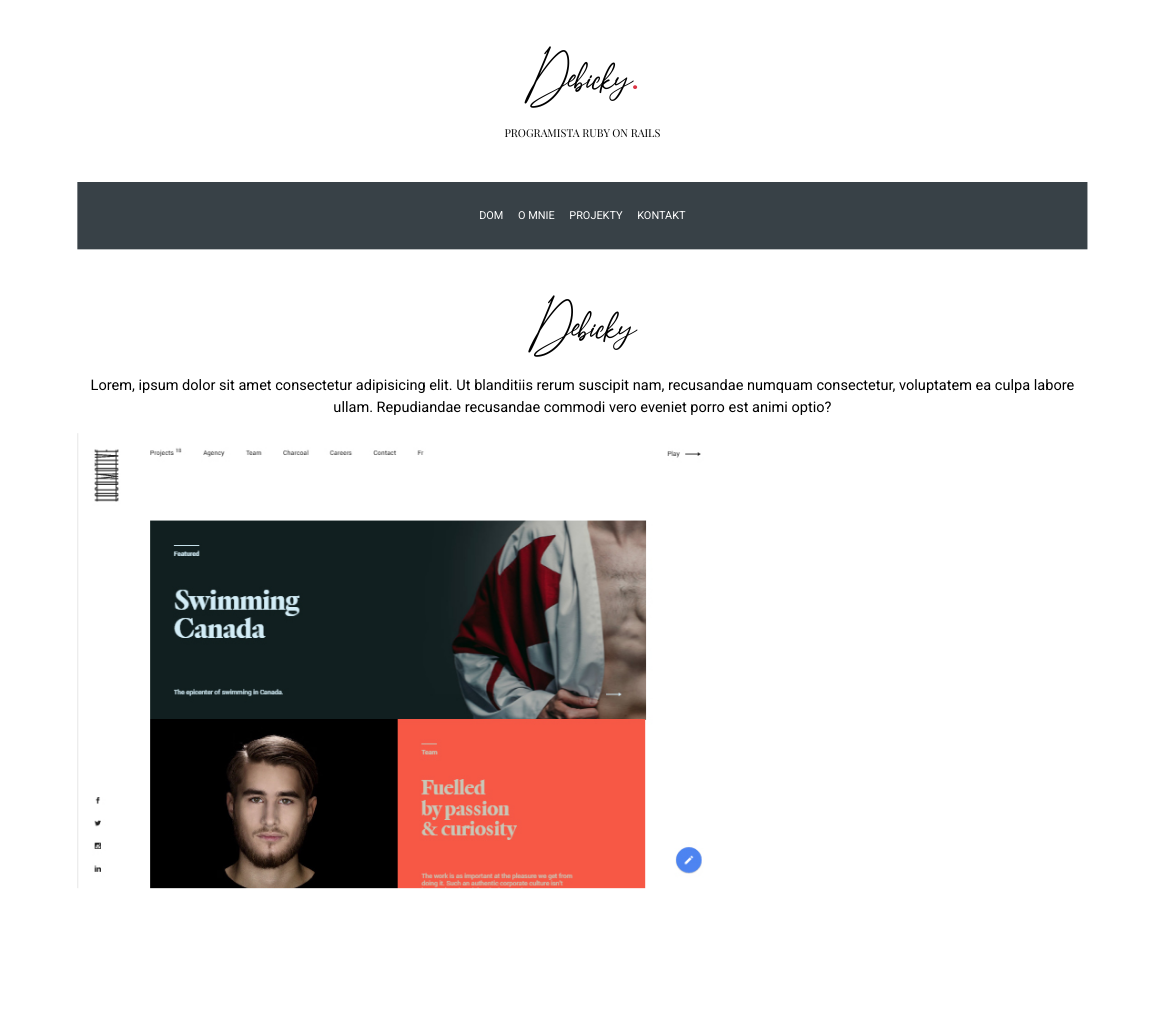
Repository: debicky/debicky.github.io
Page: index.html
These files come from the project's save history. The page is drawn as it stood at one moment and after a run of saves; the edit follows.
The browser window is 1280 px wide. The pictures show the whole page, at 91% of full size.
Some web libraries are served in a nearby version.

Above is the page before, as saved 2020-06-10 09:30:19.

### index.html
<!DOCTYPE html>
<html lang="en">
<head>
  <meta charset="UTF-8">
  <meta name="viewport" content="width=device-width, initial-scale=1.0">
  <title>Debicky</title>
  <link rel="stylesheet" href="https://stackpath.bootstrapcdn.com/bootstrap/4.5.0/css/bootstrap.min.css" integrity="sha384-9aIt2nRpC12Uk9gS9baDl411NQApFmC26EwAOH8WgZl5MYYxFfc+NcPb1dKGj7Sk" crossorigin="anonymous">
  <link rel="stylesheet" href="https://cdnjs.cloudflare.com/ajax/libs/font-awesome/5.11.2/css/all.min.css">
  <link rel="stylesheet" href="styles.css">
</head>
<body>


  <header>
    <a href="index.html">
      <div class="signature">
        <h5 class="signature-heading">Debicky<span class="text-danger font-weight-bolder">.</span></h5>
        <h3 class="signature-subhead">Programista Ruby on Rails</h3>
      </div>
    </a>
  </header>

  <div class="container">
    <nav class="navbar navbar-expand-md p-0">
      <button class="navbar-toggler" type="button" data-toggle="collapse" data-target="#navbarSupportedContent" aria-controls="navbarSupportedContent" aria-expanded="false" aria-label="Toggle navigation">
        <i class="fas fa-bars"></i>
        <i class="fas fa-times"></i>
      </button>

      <div class="collapse navbar-collapse d-md-flex justify-content-center" id="navbarSupportedContent">
        <ul class="navbar-nav">
          <li class="nav-item active">
            <a class="nav-link" href="index.html">Dom</a>
          </li>
          <li class="nav-item">
            <a class="nav-link" href="#">O mnie</a>
          </li>
          <li class="nav-item">
            <a class="nav-link" href="#">Projekty</a>
          </li>
          <li class="nav-item">
            <a class="nav-link" href="#">Kontakt</a>
          </li>
        </ul>
      </div>
    </nav>
  </div>

  <section class="about py-5">
    <div class="container">
      <div class="about-content">
        <div class="about-description">
          <div class="signature">
            <h5 class="signature-heading">Debicky</h5>
            <p>Lorem, ipsum dolor sit amet consectetur adipisicing elit. Ut blanditiis rerum suscipit nam, recusandae numquam consectetur, voluptatem ea culpa labore ullam. Repudiandae recusandae commodi vero eveniet porro est animi optio?</p>
          </div>
        </div>
        <div class="about-image">
            <img src="/images/2.jpeg" alt="img1">
        </div>
      </div>
    </div>
  </section>


  <section class="projects py-5">

  </section>



  <script src="https://code.jquery.com/jquery-3.5.1.slim.min.js" integrity="sha384-DfXdz2htPH0lsSSs5nCTpuj/zy4C+OGpamoFVy38MVBnE+IbbVYUew+OrCXaRkfj" crossorigin="anonymous"></script>
  <script src="https://cdn.jsdelivr.net/npm/popper.js@1.16.0/dist/umd/popper.min.js" integrity="sha384-Q6E9RHvbIyZFJoft+2mJbHaEWldlvI9IOYy5n3zV9zzTtmI3UksdQRVvoxMfooAo" crossorigin="anonymous"></script>
  <script src="https://stackpath.bootstrapcdn.com/bootstrap/4.5.0/js/bootstrap.min.js" integrity="sha384-OgVRvuATP1z7JjHLkuOU7Xw704+h835Lr+6QL9UvYjZE3Ipu6Tp75j7Bh/kR0JKI" crossorigin="anonymous"></script>
  <script src="script.js"></script>

</body>
</html>

### styles.css
@import url('https://fonts.googleapis.com/css?family=Playfair+Display+SC|Roboto:300,400&display=swap');

@font-face {
  font-family: "AmostelySignature";
  src: url("/fonts/AmostelySignature.ttf");
  }

body, html {
  font-family: "Roboto", sans-serif;
}

a:hover {
  text-decoration: none;;
}

/* Heading & nav  */

header{
  height: 200px;
  width: 100%;
  display: flex;
  align-items: center;
  justify-content: center;
}

.signature{
  color: black;
  text-align: center;
  user-select: none;
}

.signature-heading{
  font-family: 'AmostelySignature', cursive;
  font-size: 50px;
  margin-bottom: 30px;
}

.signature-subhead{
  font-family: 'Playfair Display SC', sans-serif;
  font-size: 12px;
  text-transform: uppercase;
  margin-bottom: 0;
}

.navbar{
  background-color: #384147;
}

.navbar-toggler i{
  color: #fff;
  font-size: 25px;
}

.navbar-toggler .fa-times{
  display: none;
}

.navbar-toggler.menu-open  .fa-bars{
  display: none;
}

.navbar-toggler.menu-open  .fa-times{
  display: block;
}

.navbar-nav{
  padding: 20px;
}

.nav-link{
  color: #fff;
  text-transform: uppercase;
  transition: opacity .5s;
  font-size: 12px;
}

.nav-link:hover{
  color: maroon;
}

/* About */

### script.js
$('.navbar-toggler').on('click', function () {
  $(this).toggleClass('menu-open')
})

After the next 3 saves:
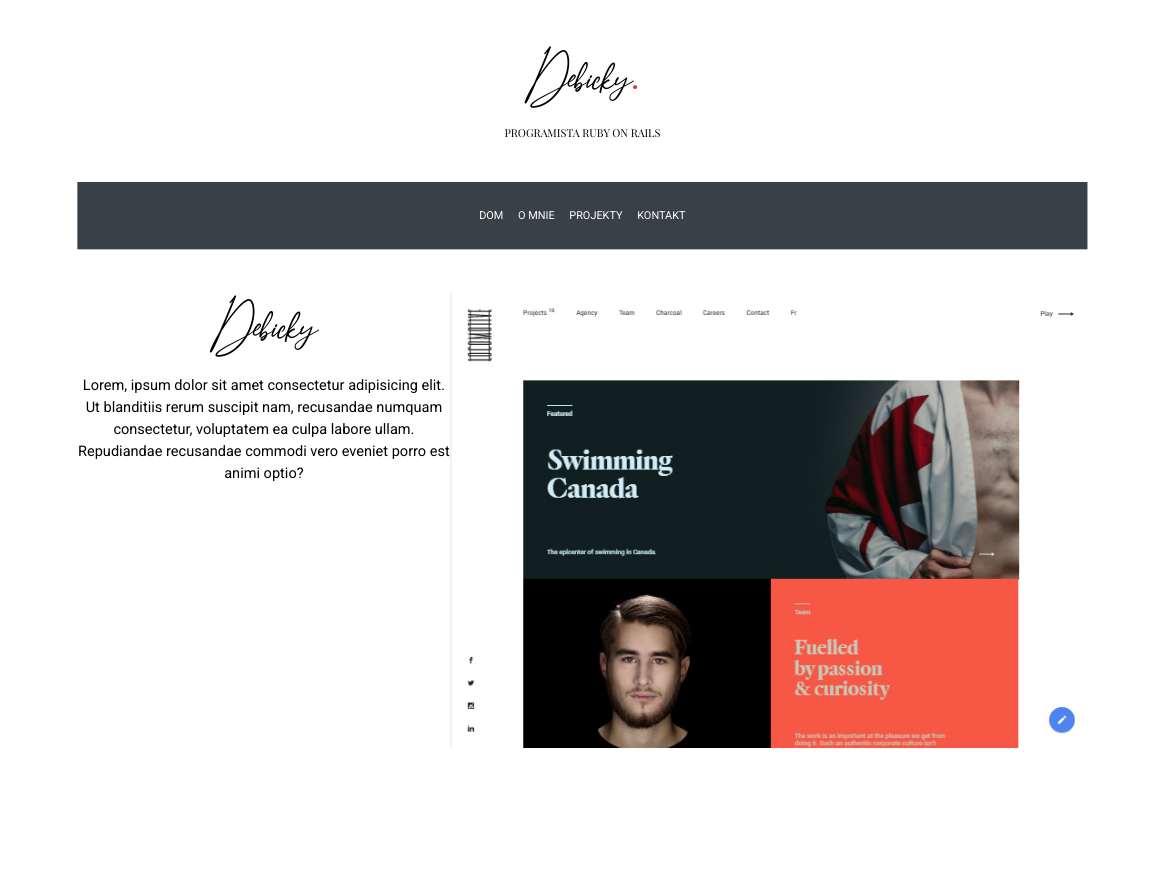
The 3 saves are shown as one change because they came seconds apart.
The last was saved 16 s later.
--- a/styles.css
+++ b/styles.css
@@ -79,3 +79,7 @@ header{
 }
 
 /* About */
+
+.about-content{
+  display: flex;
+}

After the 4 saves that followed:
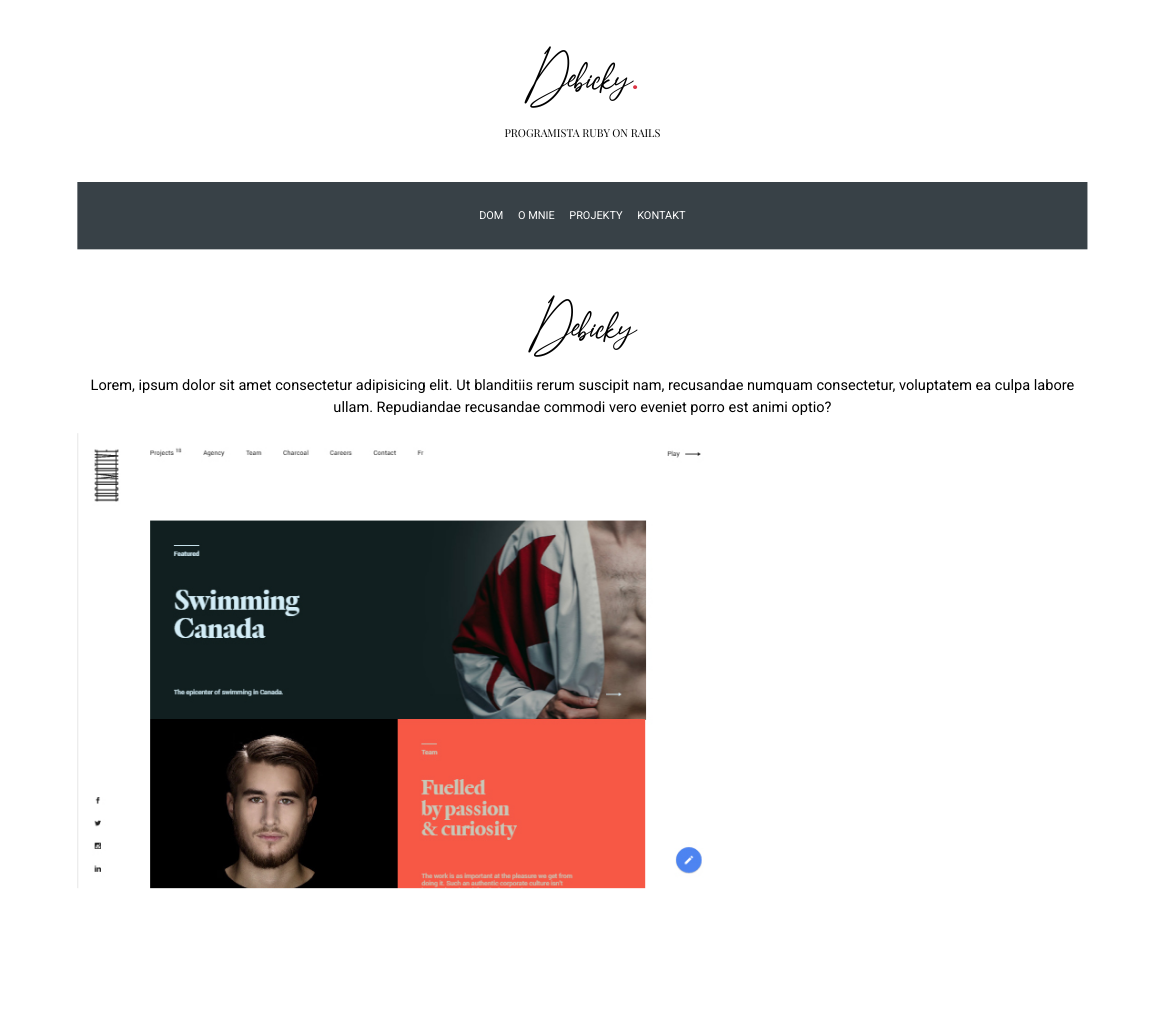
The 4 saves are shown as one change because they came seconds apart.
The last was saved 14 s later.
--- a/styles.css
+++ b/styles.css
@@ -82,4 +82,5 @@ header{
 
 .about-content{
   display: flex;
+  flex-direction: column;
 }
